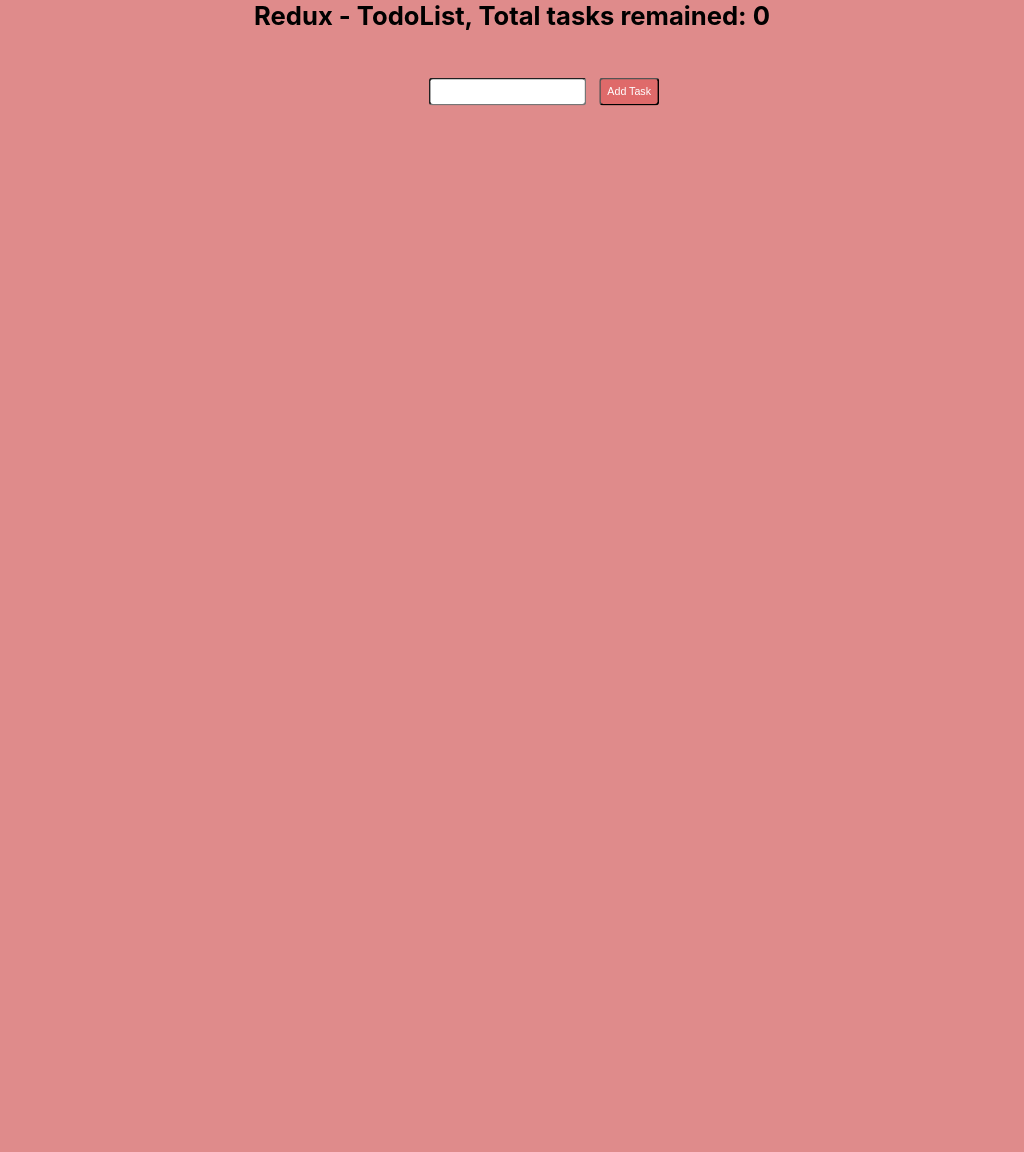
Repository: BhanuKaukuntla/TodoApp
Page: /
An editor plug-in stored every save of this project. The page is shown before and after the next save, followed by the edit.
The browser window is 1280 px wide. The pictures show the whole page, at 80% of full size.
The project was rebuilt for these pictures with package versions that can differ from the ones it lists, and the page was loaded fresh each time. Also part of the build but not shown: src/components/TodoItem/TodoItem.js.

Above is the page before, as saved 2021-12-01 11:58:11.

### src/index.js
import React from "react";
import ReactDOM from "react-dom";
import "./index.css";
import App from "./App";
import { Provider } from "react-redux";
import store from "./store";
import { PersistGate } from "redux-persist/integration/react";
import { persistor } from "./store";

ReactDOM.render(
  <React.StrictMode>
    <Provider store={store}>
      <PersistGate persistor={persistor}>
        <App />
      </PersistGate>
    </Provider>
  </React.StrictMode>,
  document.getElementById("root")
);

### src/index.css
*{
  margin: 0;
  padding: 0;
  /* font-family: "montserrat",sans-serif; */
  /* box-sizing: border-box; */
}

body {
  margin: 0;
  font-family: -apple-system, BlinkMacSystemFont, "Segoe UI", "Roboto", "Oxygen",
    "Ubuntu", "Cantarell", "Fira Sans", "Droid Sans", "Helvetica Neue",
    sans-serif;
  -webkit-font-smoothing: antialiased;
  -moz-osx-font-smoothing: grayscale;
}

code {
  font-family: source-code-pro, Menlo, Monaco, Consolas, "Courier New",
    monospace;
}
.App {
  text-align: center;
  height: 200vh;
  /* max-height: 100%; */
  /* background-color: #e77a7a; */
  background-color: #df8b8b;
  margin-top: 0%;
  /* position: fixed; */
  width: 100%;
}

.todoInput{
  margin-top: 3rem;
  margin-left: 5rem;
  font-size: x-large;
  margin-bottom: 3rem;
}

.form{
  border-radius: 10px;
  font-size: large;
  padding: 10px;
}

.input{
  border-radius: 5px;
  /* font-size: large; */
  padding: 8px;
}

.inputButton{
  margin-left: 1rem;
  padding: 8px;
  border-radius: 5px;
  color: white;
  background-color: #df6a6a;
}

.todoList{
  align-items: center;
  justify-content: space-between;
  display: flex;
  flex-direction: column;
}

.todoItem{
  /* padding: 5px;
  background-color: white;
  opacity: 0.8; */
  margin-right: 2rem;
  margin-left: 5rem;
  font-size: x-large;
  display: flex;
  align-items: center;
  justify-content: space-between;
  /* max-width: 20rem; */
  background-color: #ffffff;
  opacity: 0.8;
  margin-top: 1rem;
  border-radius: 5px;
  max-height: 3.4rem;
  /* max-width: 22.5rem; */
  padding: 2px;
  width: 15rem;
  color: black;
}

.editButton{
  /* margin-left: 1rem; */
  /* margin-right: 1px; */
  /* display: none; */
  /* border-radius: 1px; */
  display: inline-block;
  margin-left: 2rem;
  margin-right: 1rem;
  background-color: white;

}

.editTodo{
  /* align-items: center;
  margin-left: 1rem;
  margin-bottom: 0.5rem;
  margin-right: .5rem;
  padding: 3px; */
  padding: 5px;
  margin-left: 1rem;
  margin-right: 2px;
}

.formItem{
  width: 8rem;
  padding: 10px;
}

.deleteButton{
  /* margin-left: 1rem; */
  margin-right: 8px;
  /* border-radius: 1px; */
  /* background-color: white;
  color: black; */
}

.icons{
  /* display: flex; */
  /* margin-left: 1rem; */
  /* justify-content: space-between; */
  display: flex-end;
}

### src/App.js
import AddTodo from "./components/AddTodo/AddTodo";
import TodoList from "./components/TodoList/TodoList";
import { useSelector } from "react-redux";
function App() {
  const taskobj = useSelector((state) => state.todos.data);
  return (
    <div className='App'>
      <h1>Redux - TodoList, Total tasks remained: {taskobj.length}</h1>
      <AddTodo />
      <TodoList />
    </div>
  );
}

export default App;

### src/store.js
import { createStore } from "redux";
import rootReducer from "./reducers";
import { persistStore, persistReducer } from "redux-persist";
import storage from "redux-persist/lib/storage";

const persistConfig = {
  key: "root",
  storage,
};

const persistedReducer = persistReducer(persistConfig, rootReducer);

const store = createStore(
  persistedReducer,
  window.__REDUX_DEVTOOLS_EXTENSION__ && window.__REDUX_DEVTOOLS_EXTENSION__()
);

export const persistor = persistStore(store);

export default store;

### src/components/AddTodo/AddTodo.js
import React, { useState } from "react";
import { useDispatch } from "react-redux";
import { addTodo } from "../../actions";
import cuid from "cuid";

const AddTodo = () => {
  const [tasks, setTasks] = useState("");
  const dispatch = useDispatch();
  function handleInputChange(e) {
    setTasks(e.target.value);
    console.log(tasks);
  }
  function handleFormSubmit(e) {
    e.preventDefault();
    dispatch(addTodo({ task: tasks, id: cuid() }));
    e.target.userInput.value = "";
    console.log(tasks);
  }
  return (
    <div className="todoInput">
      <form className="form" onSubmit={handleFormSubmit}>
      <input
        className="input"
        type='text'
        name='userInput'
        onChange={(e) => handleInputChange(e)}
      />
      <button className="inputButton" type='submit'>Add Task</button>
     </form>
    </div>
  );
};

export default AddTodo;

### src/components/TodoList/TodoList.js
import React from "react";
import TodoItem from "../TodoItem/TodoItem";
import { useSelector } from "react-redux";

const TodoList = () => {
  const taskobj = useSelector((state) => state.todos.data);
  const taskItems = taskobj.map((task) => {
    return <TodoItem task={task} key={task.id} />;
  });

  return(
     <div className="todoList">
        {taskItems}
    </div>
    )
};

export default TodoList;

### src/reducers/index.js
import { combineReducers } from "redux";
import todos from "./todos";

const rootReducer = combineReducers({
  todos,
});
export default rootReducer;

### src/actions/index.js
import { ADD_TODO, DELETE_TODO, UPDATE_TODO } from "./types";

export const addTodo = (message) => ({
  type: ADD_TODO,
  message,
});

export const deleteTodo = (id) => ({
  type: DELETE_TODO,
  id,
});

export const updateTodo = ({ message, id }) => ({
  type: UPDATE_TODO,
  message,
  id,
});

### src/reducers/todos.js
const initialState = {
  data: [],
};

const todos = (state = initialState, action) => {
  switch (action.type) {
    case "ADD_TODO":
      return {
        ...state,
        data: [...state.data, action.message],
      };
    case "DELETE_TODO":
      return {
        ...state,
        data: [...state.data.filter((todo) => todo.id !== action.id)],
      };
    case "UPDATE_TODO":
      return {
        ...state,
        data: [
          ...state.data.filter((todo) => todo.id !== action.id),
          { task: action.message, id: action.id },
        ],
      };
    default:
      return state;
  }
};

export default todos;

### src/actions/types.js
export const ADD_TODO = "ADD_TODO";
export const DELETE_TODO = "DELETE_TODO";
export const UPDATE_TODO = "UPDATE_TODO";

Loaded but not shown: public/index.html (common file)

After the next save:
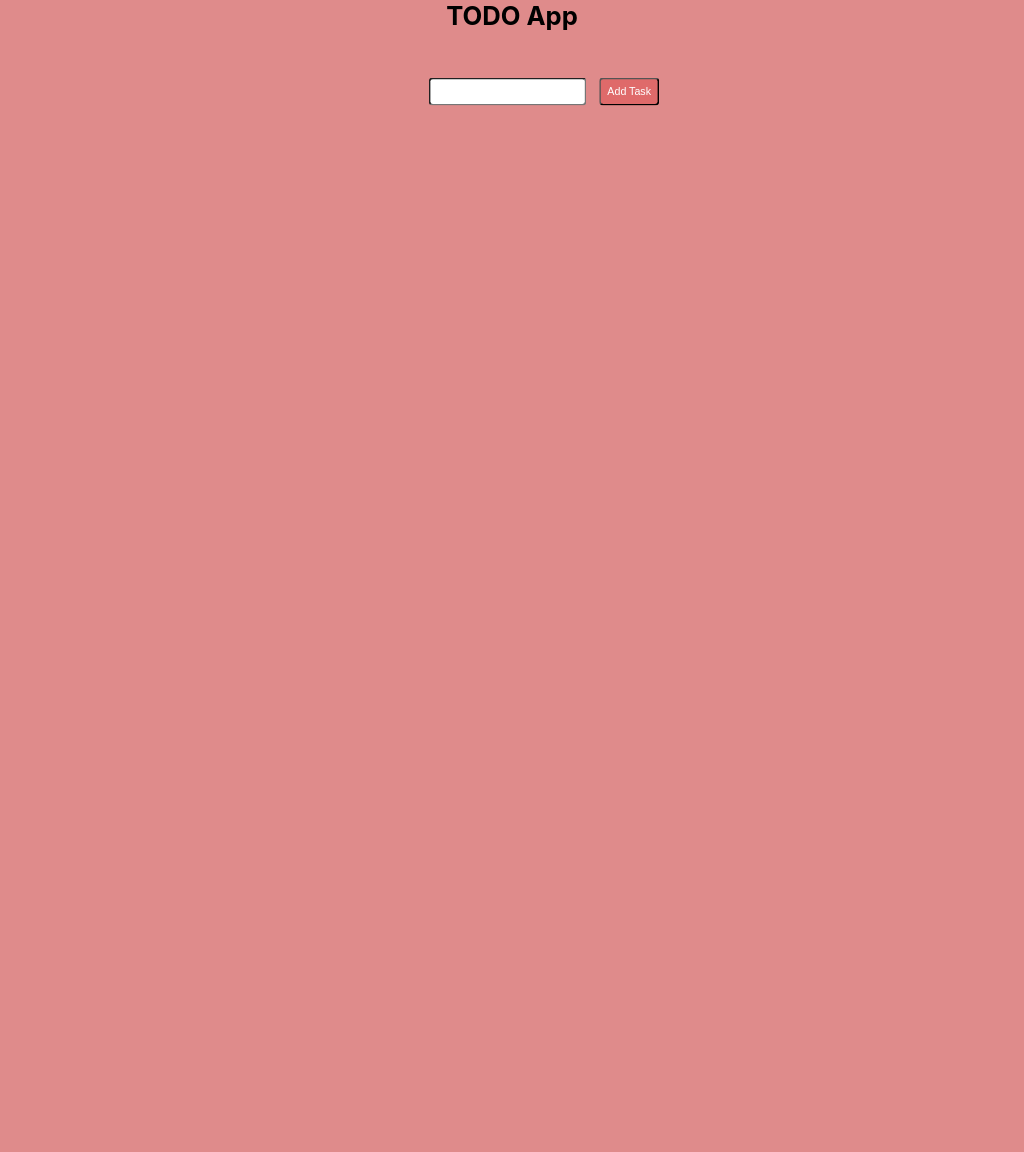
Saved 96 s later.
--- a/src/App.js
+++ b/src/App.js
@@ -5,7 +5,7 @@ function App() {
   const taskobj = useSelector((state) => state.todos.data);
   return (
     <div className='App'>
-      <h1>Redux - TodoList, Total tasks remained: {taskobj.length}</h1>
+      <h1>TODO App</h1>
       <AddTodo />
       <TodoList />
     </div>
